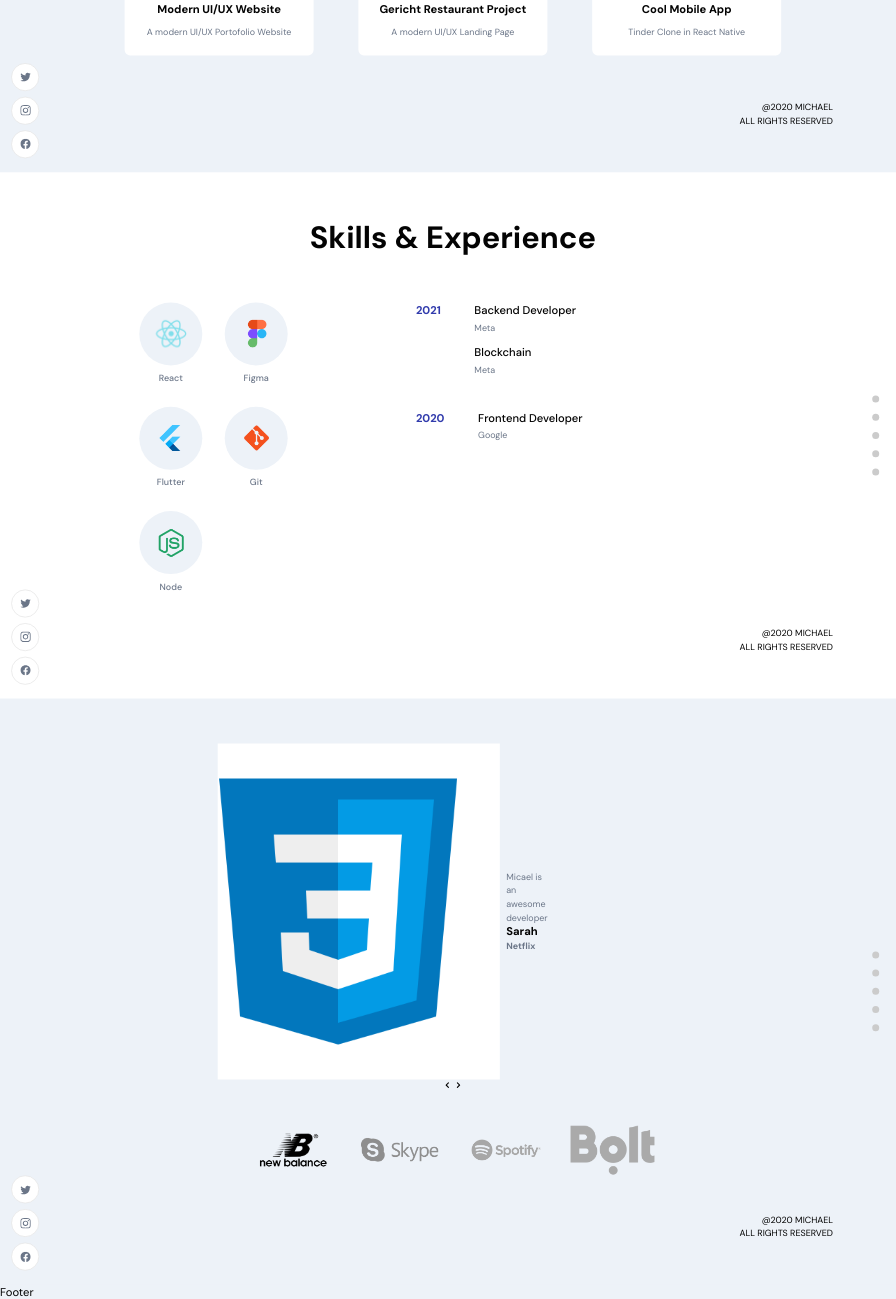
Repository: itbeginswithi/react_jsm_portfolio
Page: /
These files come from the project's save history. The page is drawn as it stood at one moment and after a run of saves; the edit follows.
The browser window is 1280 px wide. The pictures show the part of the page from y = 1993 to 3913 px (the page is 3849 px tall before and 3913 px after), at 70% of full size.
The project was rebuilt for these pictures with package versions that can differ from the ones it lists, and the page was loaded fresh each time. Also part of the build but not shown: src/containers/Footer/Footer.scss.

Above is the page before, as saved 2022-04-05 09:05:17.

After the next 6 saves:
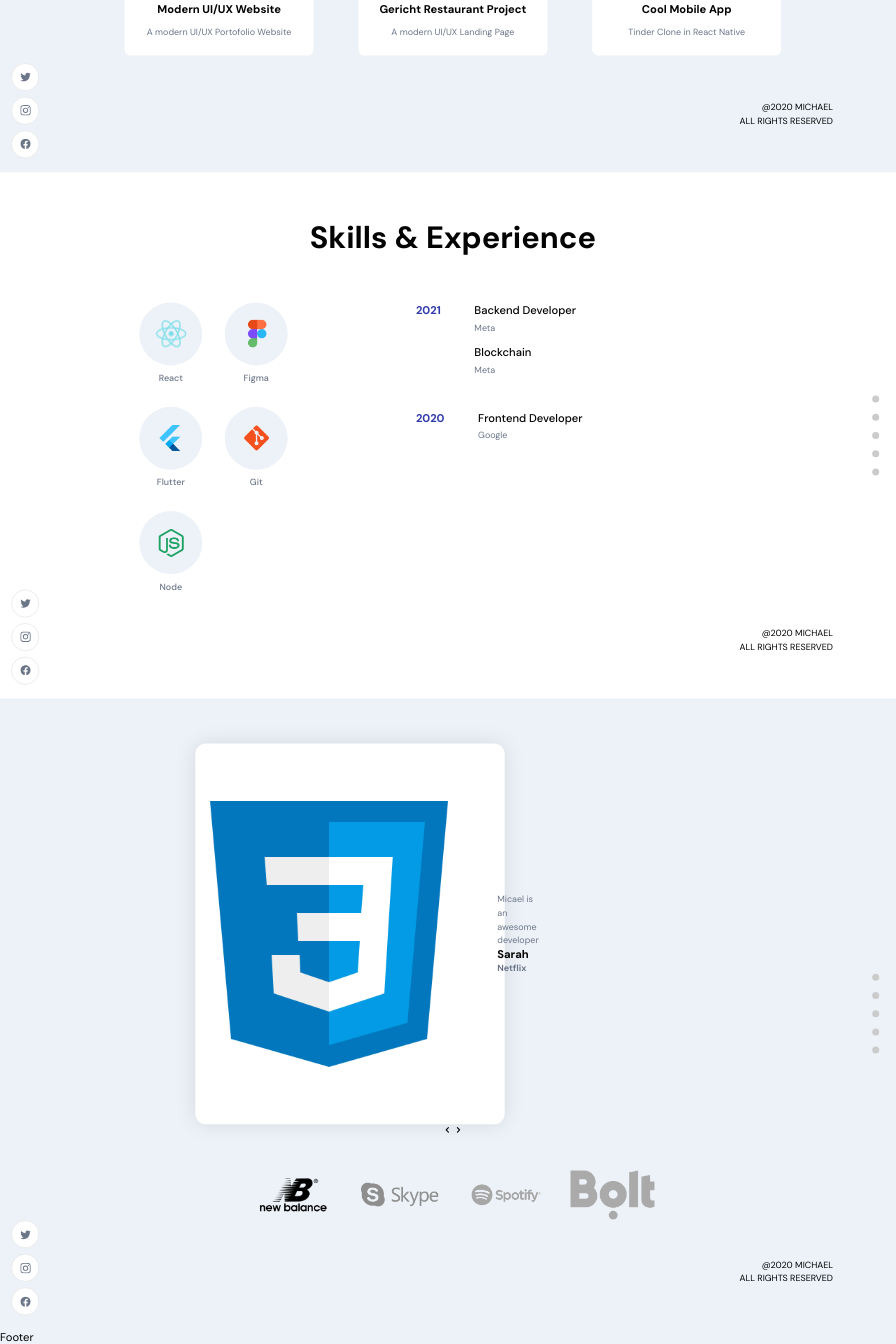
The 6 saves are shown as one change because 2 did not build or start and some came seconds apart.
The last was saved 28 s later.
--- a/src/containers/Testimonials/Testimonial.scss
+++ b/src/containers/Testimonials/Testimonial.scss
@@ -9,7 +9,9 @@
     min-height: 320px;
     background-color: var(--white-color);
     display: flex;
-
+    padding: 2rem;
+    border-radius: 15px;
+    box-shadow: 0 0 30px rgba(0, 0, 0, 0.1);
 }
 
 .app__testimonial-brands{
